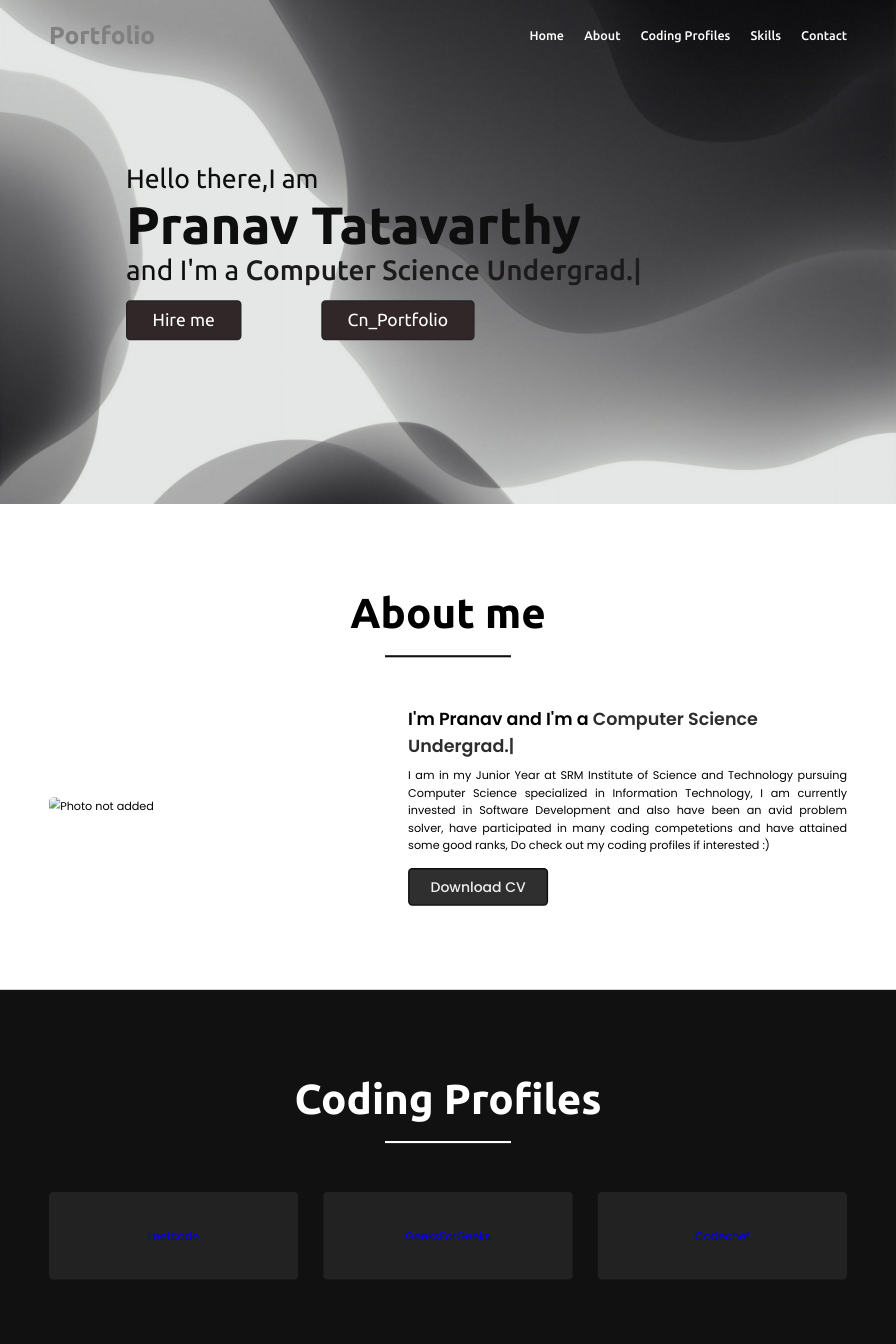
Repository: nyasagupta27/Portfolio-cn
Page: index.html
An editor plug-in stored every save of this project. The page is shown before and after the next save, followed by the edit.
The browser window is 1280 px wide. The pictures show the part of the page from y = 0 to 1920 px (the page is 3326 px tall), at 70% of full size.
Backgrounds fixed to the window are drawn as part of the page.

Above is the page before, as saved 2022-11-24 02:17:16.

### index.html
<!DOCTYPE html>
<html lang="en">
<head>
    <meta charset="UTF-8">
    <meta name="viewport" content="width=device-width, initial-scale=1.0">
    <title>My Portfolio</title>
    <link rel="stylesheet" href="style.css">
    <link rel="stylesheet" href="https://cdnjs.cloudflare.com/ajax/libs/font-awesome/5.15.3/css/all.min.css"/>
    <script src="https://code.jquery.com/jquery-3.5.1.min.js"></script>
    <script src="https://cdnjs.cloudflare.com/ajax/libs/typed.js/2.0.11/typed.min.js"></script>
    <script src="https://cdnjs.cloudflare.com/ajax/libs/waypoints/4.0.1/jquery.waypoints.min.js"></script>
    <script src="https://cdnjs.cloudflare.com/ajax/libs/OwlCarousel2/2.3.4/owl.carousel.min.js"></script>
    <link rel="stylesheet" href="https://cdnjs.cloudflare.com/ajax/libs/OwlCarousel2/2.3.4/assets/owl.carousel.min.css"/>
    <link href="https://fonts.googleapis.com/icon?family=Material+Icons" rel="stylesheet">
</head>
<body>
    <div class="scroll-up-btn">
        <i class="fas fa-angle-up"></i>
    </div>
    <nav class="navbar">
        <div class="max-width">
            <div class="logo"><a href="#">Portfolio<span></span></a></div>
            <ul class="menu">
                <li><a href="#home" class="menu-btn">Home</a></li>
                <li><a href="#about" class="menu-btn">About</a></li>
                <li><a href="#services" class="menu-btn">Coding Profiles</a></li>
                <li><a href="#skills" class="menu-btn">Skills</a></li>
                <li><a href="#contact" class="menu-btn">Contact</a></li>
            </ul>
            <div class="menu-btn">
                <i class="fas fa-bars"></i>
            </div>
        </div>
    </nav>
    <!-- home section start -->
    <section class="home" id="home">
        <div class="max-width">
            <div class="home-content">
                <div class="text-1">Hello there,I am</div>
                <div class="text-2">Pranav Tatavarthy</div>
                <div class="text-3">and I'm a <span class="typing"></span></div>
                <a href="https://mail.google.com/mail/?view=cm&fs=1&to=pranavtatavarthy12@gmail.com&su=SUBJECT&body=BODY">Hire me</a>
                <a href="">Cn_Portfolio</a>
            </div>
        </div>
    </section>
    <!-- about section start -->
    <section class="about" id="about">
        <div class="max-width">
            <h2 class="title">About me</h2>
            <div class="about-content">
                <div class="column left">
                    <img src="" alt="Photo not added">
                </div>
                <div class="column right">
                    <div class="text">I'm Pranav and I'm a <span class="typing-2"></span></div>
                    <p>I am in my Junior Year at SRM Institute of Science and Technology pursuing Computer Science specialized in Information Technology, I am currently invested in Software Development and also have been an avid problem solver, have participated in many coding competetions and have attained some good ranks, Do check out my coding profiles if interested :)</p>
                    <a href="https://drive.google.com/file/d/16lc3NXnj9uRmFWIuBJRQBfz9LnbieG-C/view?usp=sharing">Download CV</a>
                </div>
            </div>
        </div>
    </section>
    <!-- services section start -->
    <section class="services" id="services">
        <div class="max-width">
            <h2 class="title">Coding Profiles</h2>
            <div class="serv-content">
                <div class="card">
                    <div class="box">
                        <a href="https://leetcode.com/Pranav1903/">Leetcode</a>
                    </div>
                </div>
                <div class="card">
                    <div class="box">
                    <a href="https://auth.geeksforgeeks.org/user/pranavtatavarthy12/practice/">GeeksForGeeks</a>
                    </div>
                </div>
                <div class="card">
                    <div class="box">
                        <a href="https://www.codechef.com/users/pruhnaw">Codechef</a>
                    </div>
                </div>
               </div>
            </div>
        </div>
    </section>
    <!-- skills section start -->
    <section class="skills" id="skills">
        <div class="max-width">
            <h2 class="title">My skills</h2>
            <div class="skills-content">
                <div class="column left">
                    <div class="text">Technical Skills:</div>
                    <div><p>Languages: </p></div>
                    <br>
                    <p> C++, C, HTML, CSS, Python, JavaScript and Java</p>
                    <br>
                    <div><p>Frameworks and Technologies: </p></div>
                    <br>
                    <p> NodeJs, ExpressJs, ReactJs, JUnit </p>
                    <br>
                </div>
                <div class="column right">
                    <div class="bars">
                        <div class="info">
                            <span>C++</span>
                            <span></span>
                        </div>
                        <div class="line html"></div>
                    </div>
                    <div class="bars">
                        <div class="info">
                            <span>C</span>
                            <span></span>
                        </div>
                        <div class="line css"></div>
                    </div>
                    <div class="bars">
                        <div class="info">
                            <span>HTML</span>
                            <span></span>
                        </div>
                        <div class="line js"></div>
                    </div>
                    <div class="bars">
                        <div class="info">
                            <span>Javascript</span>
                            <span></span>
                        </div>
                        <div class="line php"></div>
                    </div>
                    <div class="bars">
                        <div class="info">
                            <span>CSS</span>
                            <span></span>
                        </div>
                        <div class="line mysql"></div>
                    </div>
                </div>
            </div>
        </div>
    </section>
    <!-- teams section start -->
    <!-- contact section start -->
    <section class="contact" id="contact">
        <div class="max-width">
            <h2 class="title">Contact me</h2>
            <div class="contact-content">
                <div class="column left">
                    <div class="text">Get in Touch</div>
                    <div class="icons">
                        <div class="row">
                            <i class="fas fa-user"></i>
                            <div class="info">
                                <div class="head">Name</div>
                                <div class="sub-title">Pranav Tatavarthy</div>
                            </div>
                        </div>
                        <div class="row">
                            <i class="fas fa-map-marker-alt"></i>
                            <div class="info">
                                <div class="head">Address</div>
                                <div class="sub-title">Hyderabad,Telangana</div>
                            </div>
                        </div>
                        <div class="row">
                            <i class="fas fa-envelope"></i>
                            <div class="info">
                                <div class="head">Email</div>
                                <div class="sub-title">pranavtatavarthy12@gmail.com <link rel="stylesheet" href=""></div>
                            </div>
                        </div>
                    </div>
                </div>
                <div class="column right">
                    <div class="text">Message me</div>
                    <form action="#">
                        <div class="fields">
                            <div class="field name">
                                <input type="text" placeholder="Name" required>
                            </div>
                            <div class="field email">
                                <input type="email" placeholder="Email" required>
                            </div>
                        </div>
                        <div class="field">
                            <input type="text" placeholder="Subject" required>
                        </div>
                        <div class="field textarea">
                            <textarea cols="30" rows="10" placeholder="Message.." required></textarea>
                        </div>
                        <div class="button-area">
                            <button type="submit">Send message</button>
                        </div>
                    </form>
                </div>
            </div>
        </div>
    </section>
    <script src="script.js"></script>
    <script type="module" src="https://unpkg.com/ionicons@5.5.2/dist/ionicons/ionicons.esm.js"></script>
    <script nomodule src="https://unpkg.com/ionicons@5.5.2/dist/ionicons/ionicons.js"></script>
</body>
</html>

Loaded but not shown: script.js (67 lines, source omitted); style.css (651 lines, source omitted)

After the next save:
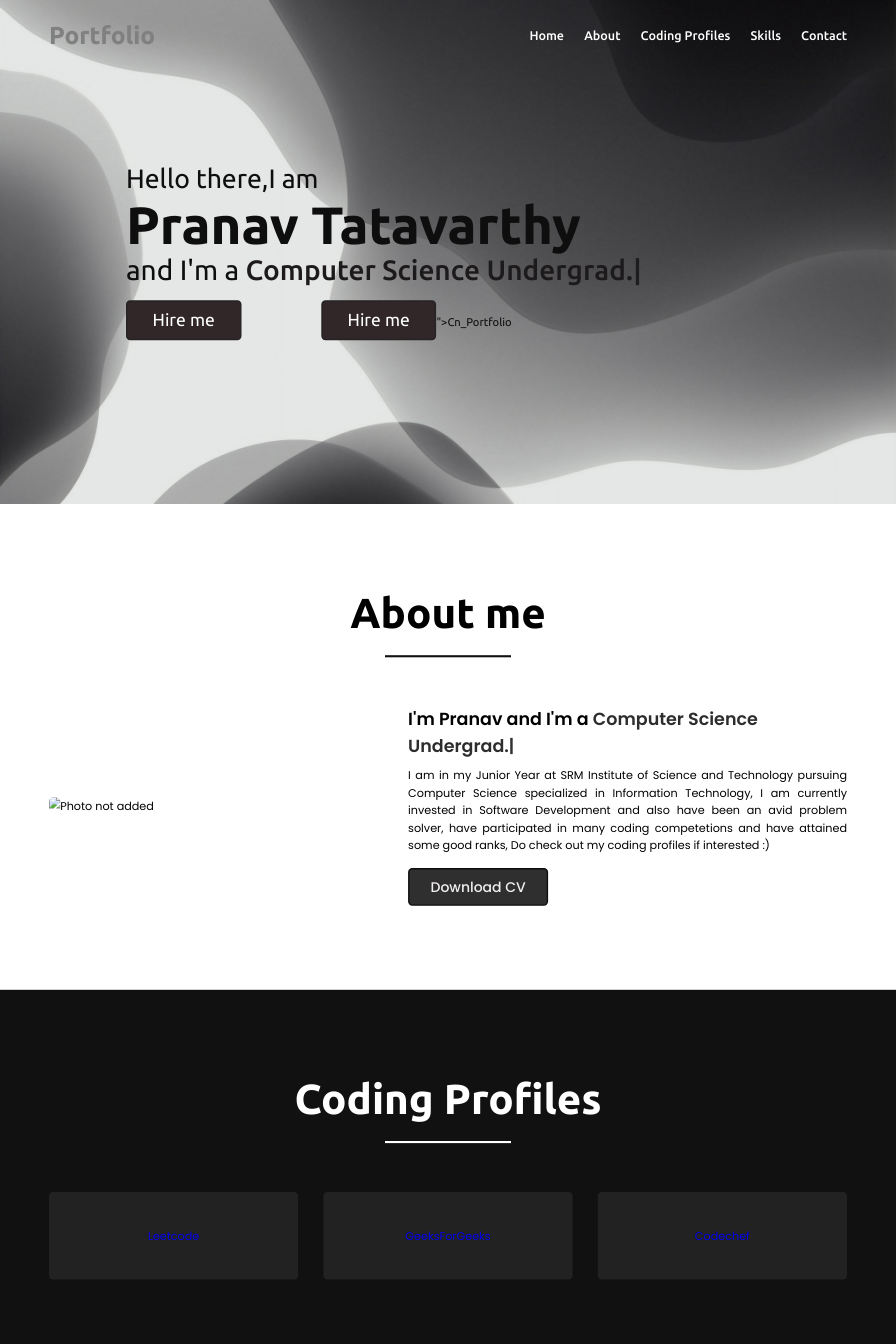
Saved 19 s later.
--- a/index.html
+++ b/index.html
@@ -40,7 +40,7 @@
                 <div class="text-2">Pranav Tatavarthy</div>
                 <div class="text-3">and I'm a <span class="typing"></span></div>
                 <a href="https://mail.google.com/mail/?view=cm&fs=1&to=pranavtatavarthy12@gmail.com&su=SUBJECT&body=BODY">Hire me</a>
-                <a href="">Cn_Portfolio</a>
+                <a href="<a href="https://mail.google.com/mail/?view=cm&fs=1&to=pranavtatavarthy12@gmail.com&su=SUBJECT&body=BODY">Hire me</a>">Cn_Portfolio</a>
             </div>
         </div>
     </section>

After the save that followed:
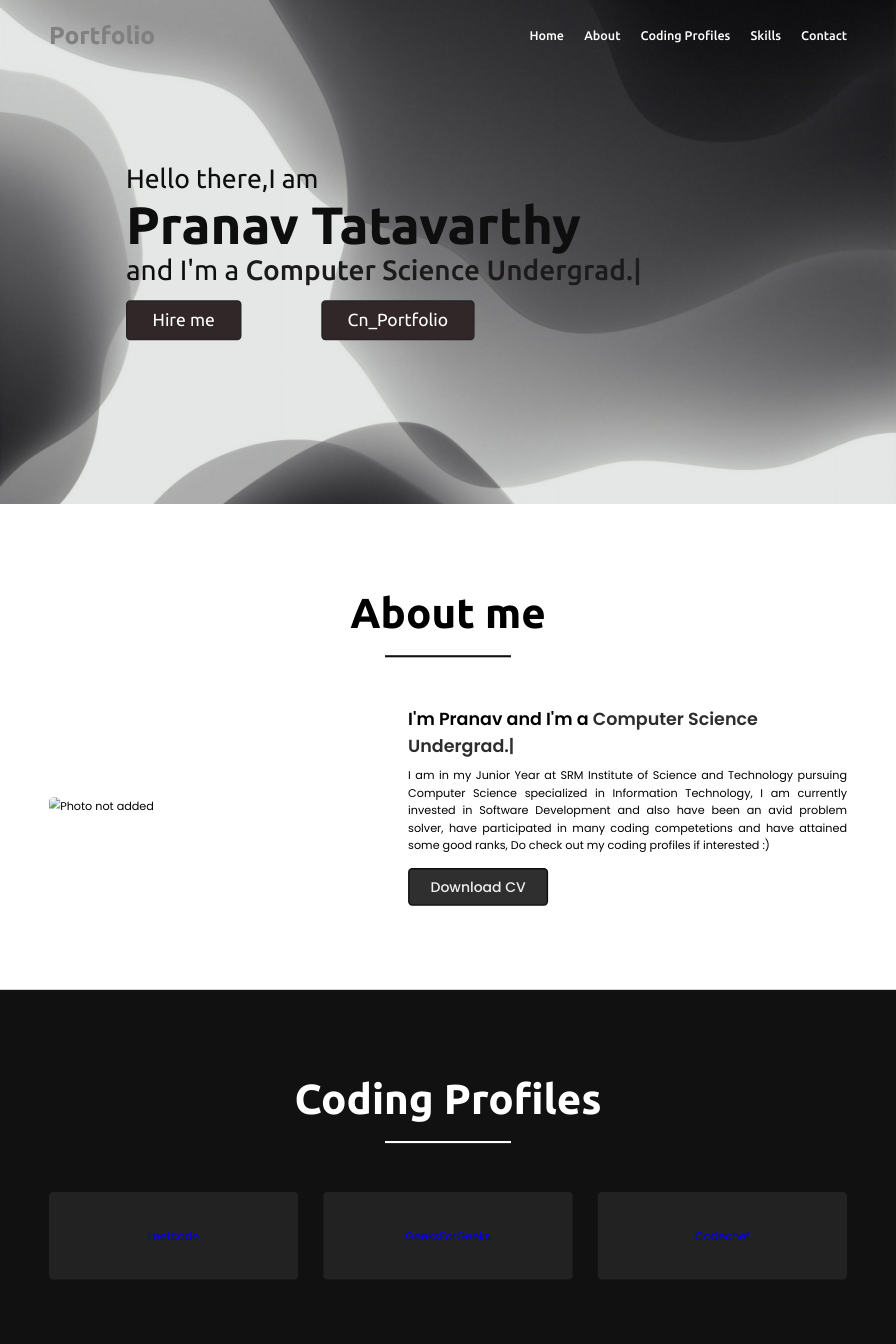
Saved 4 s later.
--- a/index.html
+++ b/index.html
@@ -40,7 +40,7 @@
                 <div class="text-2">Pranav Tatavarthy</div>
                 <div class="text-3">and I'm a <span class="typing"></span></div>
                 <a href="https://mail.google.com/mail/?view=cm&fs=1&to=pranavtatavarthy12@gmail.com&su=SUBJECT&body=BODY">Hire me</a>
-                <a href="<a href="https://mail.google.com/mail/?view=cm&fs=1&to=pranavtatavarthy12@gmail.com&su=SUBJECT&body=BODY">Hire me</a>">Cn_Portfolio</a>
+                <a href="">Cn_Portfolio</a>
             </div>
         </div>
     </section>
